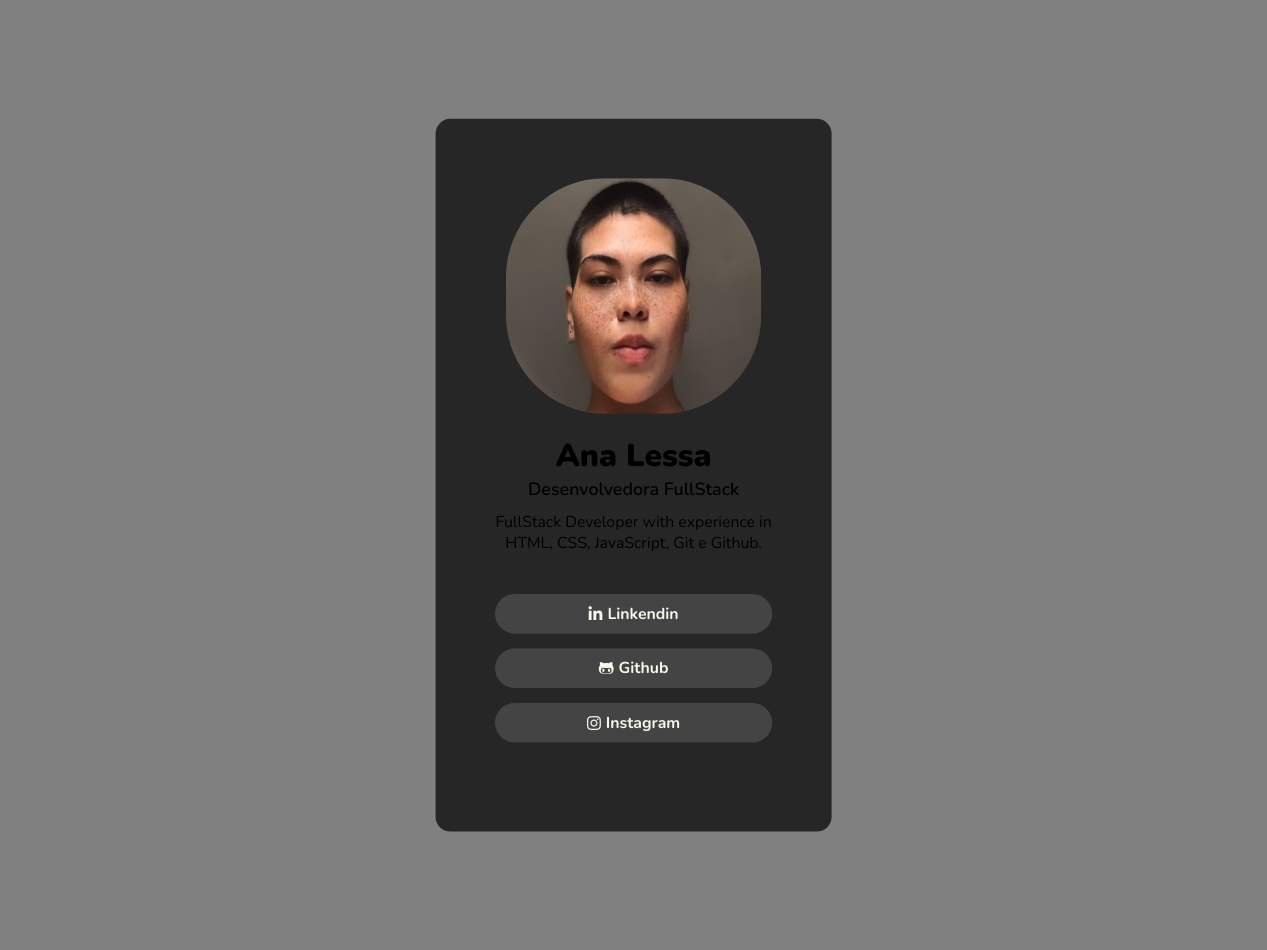
Repository: analessp/linktree
Page: index.html
The author's editor kept a copy of each file at every save. The page is drawn from the files as they stood at one save, then again after the next save.
The browser window is 1280 px wide. The pictures show the whole page, at 99% of full size.

Above is the page before, as saved 2025-04-11 10:53:26.

After the next save:
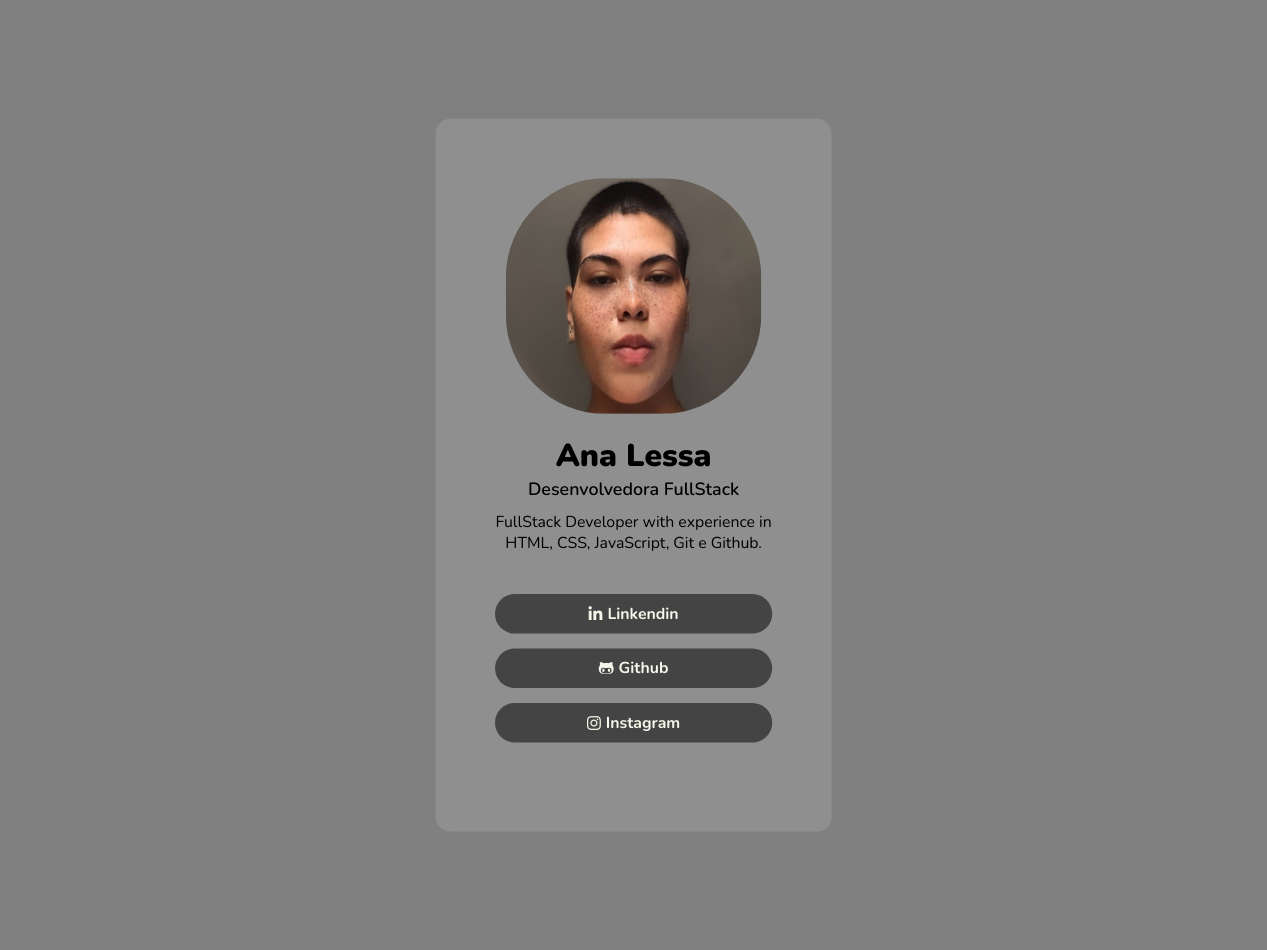
Saved 18 s later.
--- a/style.css
+++ b/style.css
@@ -10,7 +10,7 @@ body {
 }
 
 .container-main {
-    background-color: #262626;
+    background-color: #8f8f8f;
     width: 400px;
     height: 720px;
     box-sizing: border-box;
